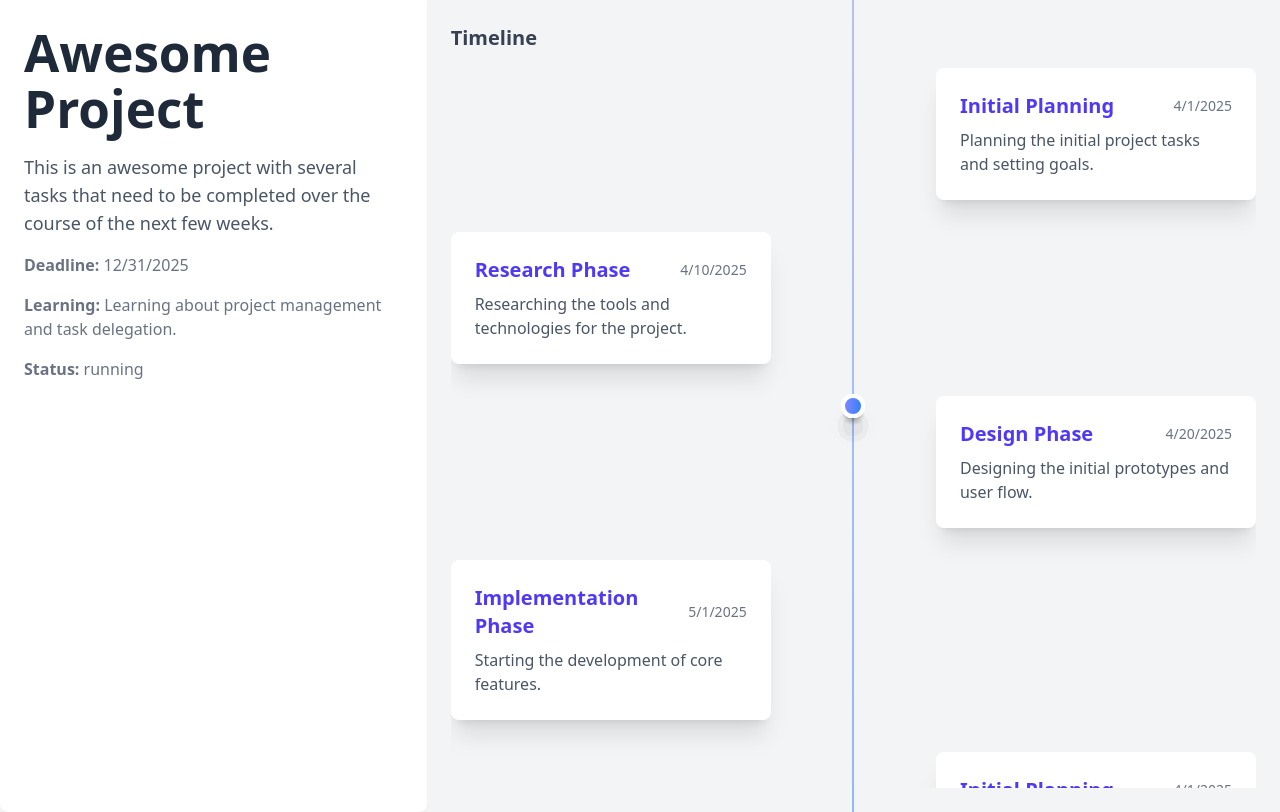
Repository: mohitagrawal0412/Workify
Page: /projectDetails (app in client/)
An editor plug-in stored every save of this project. The page is shown before and after the next save, followed by the edit.
The browser window is 1280 px wide. The pictures show the whole page.
An inner scrolling area shows only its first screen. The project was rebuilt for these pictures with package versions that can differ from the ones it lists, and the page was loaded fresh each time. Also part of the build but not shown: client/vite.config.js, client/src/Components/Dashboard/Dashboard.jsx, client/src/Components/Dashboard/AllProjects.jsx, client/src/Components/Dashboard/EntryDetails.jsx.

Above is the page before, as saved 2025-04-15 10:23:40.

### client/src/App.jsx
import './App.css';
import { BrowserRouter as Router, Routes, Route } from 'react-router-dom';
import Dashboard from './Components/Dashboard/Dashboard';
import AllProjects from './Components/Dashboard/AllProjects'; // adjust path as needed
import ProjectDetails from './Components/Dashboard/ProjectDetails'; // Add this import for the project details page
import EntryDetails from './Components/Dashboard/EntryDetails'; // Add this import for the entry details page

function App() {
  return (
    <Router>
      <Routes>
        {/* Route for Dashboard */}
        <Route path="/" element={<Dashboard />} />

        {/* Route for All Projects */}
        <Route path="/projects" element={<AllProjects />} />

        {/* Route for Project Details, assuming we are passing projectId */}
        <Route path="/projectDetails" element={<ProjectDetails />} />

        {/* Route for Entry Details, assuming we are passing entryId */}
        <Route path="/entryDetails" element={<EntryDetails />} />
      </Routes>
    </Router>
  );
}

export default App;

### client/src/Components/Dashboard/ProjectDetails.jsx
import React from "react";
import { useNavigate } from "react-router-dom";

const ProjectDetails = () => {
    const navigate = useNavigate(); // Initialize navigate function

    const handleEntryClick = () => {
        navigate("/entryDetails"); // Navigate to entry details page
    };

    // Static data
    const project = {
        projectName: "Awesome Project",
        description:
            "This is an awesome project with several tasks that need to be completed over the course of the next few weeks.",
        deadline: "2025-12-31",
        learning: "Learning about project management and task delegation.",
        status: "running",
        entries: [
            {
                _id: "entry1",
                title: "Initial Planning",
                description: "Planning the initial project tasks and setting goals.",
                date: "2025-04-01",
            },
            {
                _id: "entry2",
                title: "Research Phase",
                description: "Researching the tools and technologies for the project.",
                date: "2025-04-10",
            },
            {
                _id: "entry3",
                title: "Design Phase",
                description: "Designing the initial prototypes and user flow.",
                date: "2025-04-20",
            },
            {
                _id: "entry4",
                title: "Implementation Phase",
                description: "Starting the development of core features.",
                date: "2025-05-01",
            },
            {
                _id: "entry1",
                title: "Initial Planning",
                description: "Planning the initial project tasks and setting goals.",
                date: "2025-04-01",
            },
            {
                _id: "entry2",
                title: "Research Phase",
                description: "Researching the tools and technologies for the project.",
                date: "2025-04-10",
            },
            {
                _id: "entry3",
                title: "Design Phase",
                description: "Designing the initial prototypes and user flow.",
                date: "2025-04-20",
            },
            {
                _id: "entry4",
                title: "Implementation Phase",
                description: "Starting the development of core features.",
                date: "2025-05-01",
            },
        ],
    };

    return (
        <div className="min-h-screen flex">
            {/* Left Side: Project Details */}
            <div className="w-1/3 p-6 bg-white shadow-lg rounded-lg">
                <h1 className="text-3xl font-bold text-gray-800 mb-4">{project.projectName}</h1>
                <p className="text-lg text-gray-600">{project.description}</p>
                <p className="text-gray-500 mt-4">
                    <strong>Deadline:</strong> {new Date(project.deadline).toLocaleDateString()}
                </p>
                <p className="text-gray-500 mt-4">
                    <strong>Learning:</strong> {project.learning || "No learning material"}
                </p>
                <p className="text-gray-500 mt-4">
                    <strong>Status:</strong> {project.status}
                </p>
            </div>

            {/* Right Side: Timeline of Entries */}
            <div className="w-2/3 p-6 bg-gray-100 relative">
                <h2 className="text-xl font-semibold text-gray-700 mb-4">Timeline</h2>

                {/* Timeline Line */}
                <div className="absolute top-0 left-1/2 transform -translate-x-1/2 w-px h-full bg-gradient-to-b from-indigo-400 to-blue-500"></div>

                {/* Scrollable Timeline Entries */}
                <div className="space-y-8 overflow-y-auto max-h-screen">
                    {project.entries.map((entry, index) => (
                        <div
                            key={entry._id}
                            className={`flex ${index % 2 === 0 ? "flex-row-reverse" : ""} items-center transition-transform duration-300 ease-in-out`}
                            onClick={handleEntryClick}
                        >
                            {/* Entry Block */}
                            <div
                                className="p-6 bg-white shadow-xl rounded-lg cursor-pointer hover:scale-105 transform transition-all duration-300 ease-in-out w-80 relative"
                            >
                                <div className="flex justify-between items-center">
                                    <p className="text-xl font-bold text-indigo-600">{entry.title}</p>
                                    <p className="text-sm text-gray-500">
                                        {new Date(entry.date).toLocaleDateString()}
                                    </p>
                                </div>
                                <p className="text-gray-600 mt-2">{entry.description}</p>
                            </div>

                            {/* Timeline Marker */}
                            <div className="w-6 h-6 bg-gradient-to-r from-indigo-400 to-blue-500 rounded-full absolute left-1/2 transform -translate-x-1/2 top-1/2 -translate-y-1/2 shadow-xl border-4 border-white"></div>
                        </div>
                    ))}
                </div>
            </div>
        </div>
    );
};

export default ProjectDetails;

Loaded but not shown: client/index.html (common file); client/src/main.jsx (common file); client/src/index.css (common file); client/src/App.css (common file)

After the next save:
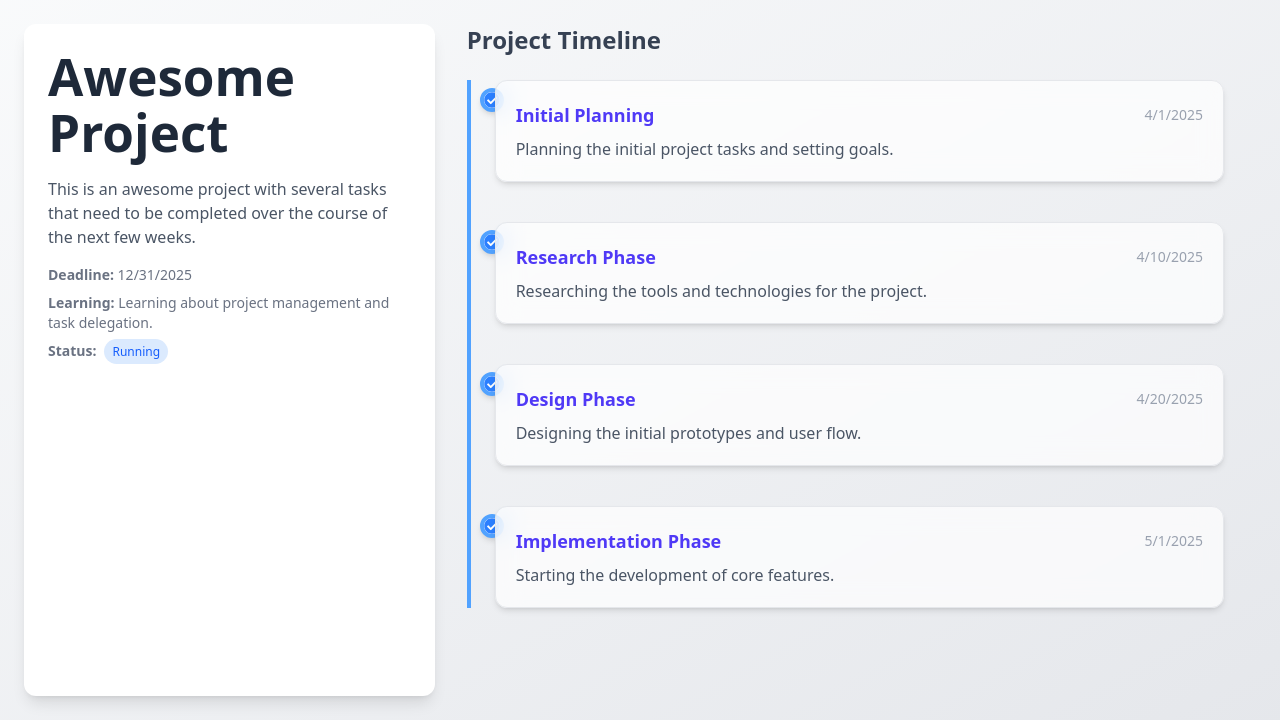
Saved 6 min 21 s later.
--- a/client/src/Components/Dashboard/ProjectDetails.jsx
+++ b/client/src/Components/Dashboard/ProjectDetails.jsx
@@ -1,18 +1,17 @@
 import React from "react";
 import { useNavigate } from "react-router-dom";
+import { FaCheckCircle } from "react-icons/fa"; // Optional for icons
 
 const ProjectDetails = () => {
-    const navigate = useNavigate(); // Initialize navigate function
+    const navigate = useNavigate();
 
     const handleEntryClick = () => {
-        navigate("/entryDetails"); // Navigate to entry details page
+        navigate("/entryDetails");
     };
 
-    // Static data
     const project = {
         projectName: "Awesome Project",
-        description:
-            "This is an awesome project with several tasks that need to be completed over the course of the next few weeks.",
+        description: "This is an awesome project with several tasks that need to be completed over the course of the next few weeks.",
         deadline: "2025-12-31",
         learning: "Learning about project management and task delegation.",
         status: "running",
@@ -41,80 +40,49 @@ const ProjectDetails = () => {
                 description: "Starting the development of core features.",
                 date: "2025-05-01",
             },
-            {
-                _id: "entry1",
-                title: "Initial Planning",
-                description: "Planning the initial project tasks and setting goals.",
-                date: "2025-04-01",
-            },
-            {
-                _id: "entry2",
-                title: "Research Phase",
-                description: "Researching the tools and technologies for the project.",
-                date: "2025-04-10",
-            },
-            {
-                _id: "entry3",
-                title: "Design Phase",
-                description: "Designing the initial prototypes and user flow.",
-                date: "2025-04-20",
-            },
-            {
-                _id: "entry4",
-                title: "Implementation Phase",
-                description: "Starting the development of core features.",
-                date: "2025-05-01",
-            },
         ],
     };
 
     return (
-        <div className="min-h-screen flex">
-            {/* Left Side: Project Details */}
-            <div className="w-1/3 p-6 bg-white shadow-lg rounded-lg">
+        <div className="min-h-screen flex flex-col md:flex-row bg-gradient-to-br from-gray-50 to-gray-200 p-6">
+            {/* Left: Project Info */}
+            <div className="md:w-1/3 bg-white rounded-xl shadow-lg p-6 mb-6 md:mb-0">
                 <h1 className="text-3xl font-bold text-gray-800 mb-4">{project.projectName}</h1>
-                <p className="text-lg text-gray-600">{project.description}</p>
-                <p className="text-gray-500 mt-4">
-                    <strong>Deadline:</strong> {new Date(project.deadline).toLocaleDateString()}
-                </p>
-                <p className="text-gray-500 mt-4">
-                    <strong>Learning:</strong> {project.learning || "No learning material"}
-                </p>
-                <p className="text-gray-500 mt-4">
-                    <strong>Status:</strong> {project.status}
-                </p>
+                <p className="text-gray-600 mb-4">{project.description}</p>
+                <ul className="space-y-2 text-sm text-gray-500">
+                    <li><strong>Deadline:</strong> {new Date(project.deadline).toLocaleDateString()}</li>
+                    <li><strong>Learning:</strong> {project.learning}</li>
+                    <li><strong>Status:</strong>
+                        <span className="ml-2 px-2 py-1 bg-blue-100 text-blue-600 rounded-full capitalize text-xs">
+                            {project.status}
+                        </span>
+                    </li>
+                </ul>
             </div>
 
-            {/* Right Side: Timeline of Entries */}
-            <div className="w-2/3 p-6 bg-gray-100 relative">
-                <h2 className="text-xl font-semibold text-gray-700 mb-4">Timeline</h2>
+            {/* Right: Timeline */}
+            <div className="md:w-2/3 relative px-4 md:px-8">
+                <h2 className="text-2xl font-semibold text-gray-700 mb-6">Project Timeline</h2>
 
-                {/* Timeline Line */}
-                <div className="absolute top-0 left-1/2 transform -translate-x-1/2 w-px h-full bg-gradient-to-b from-indigo-400 to-blue-500"></div>
-
-                {/* Scrollable Timeline Entries */}
-                <div className="space-y-8 overflow-y-auto max-h-screen">
+                <div className="relative border-l-4 border-blue-400 pl-6 space-y-10">
                     {project.entries.map((entry, index) => (
                         <div
-                            key={entry._id}
-                            className={`flex ${index % 2 === 0 ? "flex-row-reverse" : ""} items-center transition-transform duration-300 ease-in-out`}
+                            key={`${entry._id}-${index}`} // in case IDs repeat
+                            className="group relative cursor-pointer"
                             onClick={handleEntryClick}
                         >
-                            {/* Entry Block */}
-                            <div
-                                className="p-6 bg-white shadow-xl rounded-lg cursor-pointer hover:scale-105 transform transition-all duration-300 ease-in-out w-80 relative"
-                            >
+                            <div className="absolute -left-[15px] top-2 w-6 h-6 bg-white border-4 border-blue-400 rounded-full shadow-md flex items-center justify-center">
+                                <FaCheckCircle className="text-blue-500 text-lg" />
+                            </div>
+                            <div className="bg-white/70 backdrop-blur-md border border-gray-200 rounded-xl p-5 shadow-md hover:shadow-lg transition duration-300 ease-in-out">
                                 <div className="flex justify-between items-center">
-                                    <p className="text-xl font-bold text-indigo-600">{entry.title}</p>
-                                    <p className="text-sm text-gray-500">
+                                    <h3 className="text-lg font-semibold text-indigo-600">{entry.title}</h3>
+                                    <span className="text-sm text-gray-400">
                                         {new Date(entry.date).toLocaleDateString()}
-                                    </p>
+                                    </span>
                                 </div>
-                                <p className="text-gray-600 mt-2">{entry.description}</p>
+                                <p className="mt-2 text-gray-600">{entry.description}</p>
                             </div>
-
-                            {/* Timeline Marker */}
-                            <div className="w-6 h-6 bg-gradient-to-r from-indigo-400 to-blue-500 rounded-full absolute left-1/2 transform -translate-x-1/2 top-1/2 -translate-y-1/2 shadow-xl border-4 border-white"></div>
                         </div>
                     ))}
                 </div>
